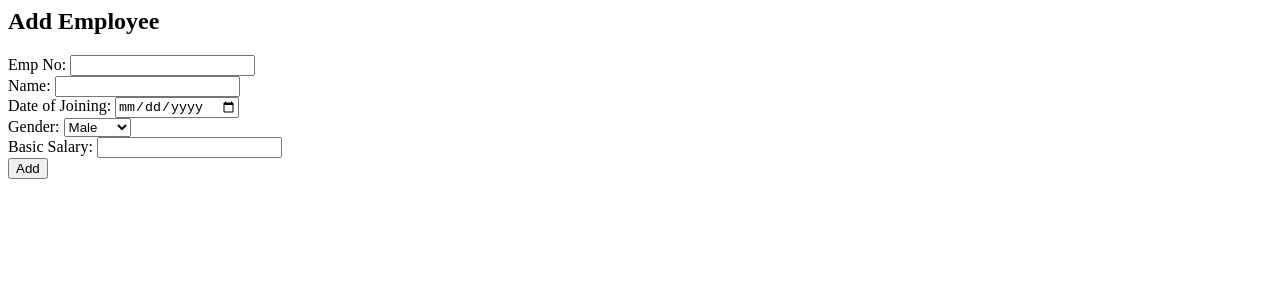
Repository: KUSUMA-74/Advance-JavaProject
Page: http://localhost/EmployeeWebApp/empadd.jsp
The author's editor kept a copy of each file at every save. The page is drawn from the files as they stood at one save, then again after the next save.
The browser window is 1280 px wide. The pictures show the whole page.
The page is served by Tomcat 9. Other server files are loaded and not shown.

Above is the page before, as saved 2025-05-30 05:38:22.

### EmployeeWebApp/src/main/webapp/empadd.jsp
<%@ page language="java" contentType="text/html; charset=UTF-8" %>
<html>
<head><title>Add Employee</title></head>
<body>
    <h2>Add Employee</h2>
    <form action="AddEmployeeServlet" method="post">
        Emp No: <input type="number" name="empno" required><br>
        Name: <input type="text" name="empName" required><br>
        Date of Joining: <input type="date" name="doj" required><br>
        Gender:
        <select name="gender">
            <option value="Male">Male</option>
            <option value="Female">Female</option>
        </select><br>
        Basic Salary: <input type="number" name="bsalary" step="0.01" required><br>
        <input type="submit" value="Add">
    </form>
</body>
</html>

After the next save:
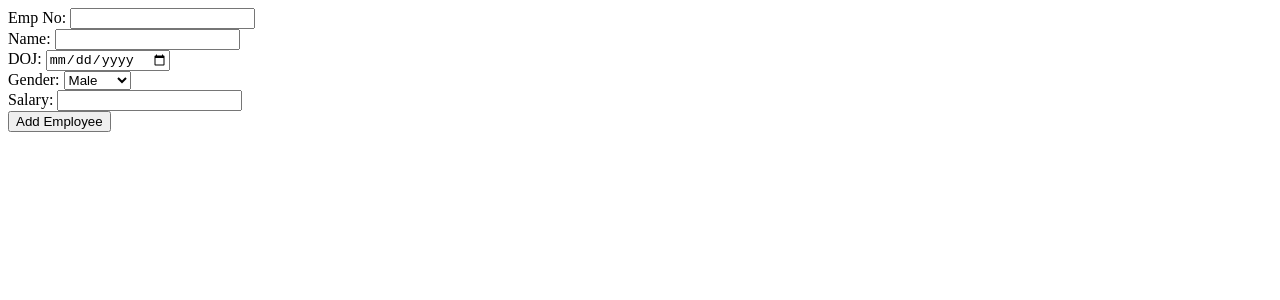
Saved 22 s later.
--- a/EmployeeWebApp/src/main/webapp/empadd.jsp
+++ b/EmployeeWebApp/src/main/webapp/empadd.jsp
@@ -1,19 +1,8 @@
-<%@ page language="java" contentType="text/html; charset=UTF-8" %>
-<html>
-<head><title>Add Employee</title></head>
-<body>
-    <h2>Add Employee</h2>
-    <form action="AddEmployeeServlet" method="post">
-        Emp No: <input type="number" name="empno" required><br>
-        Name: <input type="text" name="empName" required><br>
-        Date of Joining: <input type="date" name="doj" required><br>
-        Gender:
-        <select name="gender">
-            <option value="Male">Male</option>
-            <option value="Female">Female</option>
-        </select><br>
-        Basic Salary: <input type="number" name="bsalary" step="0.01" required><br>
-        <input type="submit" value="Add">
-    </form>
-</body>
-</html>
+<form action="AddEmployeeServlet" method="post">
+    Emp No: <input name="empno" /><br/>
+    Name: <input name="empname" /><br/>
+    DOJ: <input name="doj" type="date" /><br/>
+    Gender: <select name="gender"><option>Male</option><option>Female</option></select><br/>
+    Salary: <input name="bsalary" /><br/>
+    <input type="submit" value="Add Employee" />
+</form>
